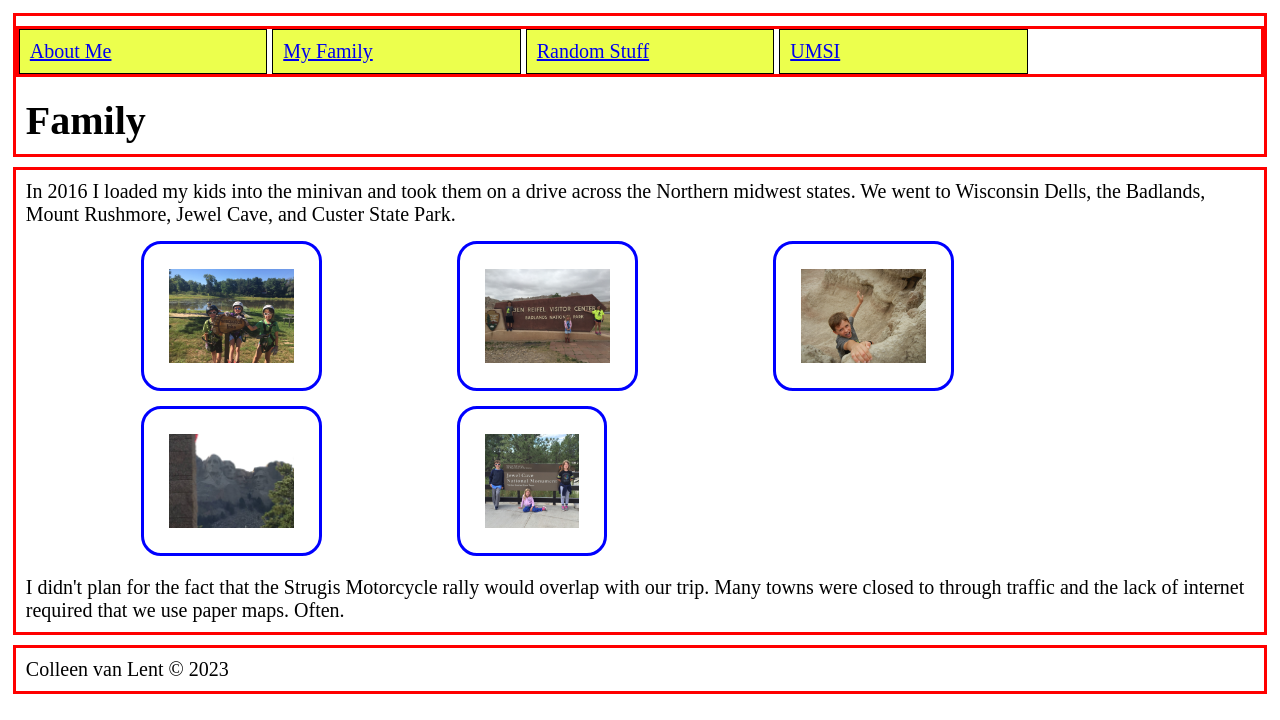
Repository: lulyany/hw1-2023
Page: family.html
The author's editor kept a copy of each file at every save. The page is drawn from the files as they stood at one save, then again after the next save.
The browser window is 1280 px wide. The pictures show the whole page.

Above is the page before, as saved 2023-09-04 20:56:50.

### family.html
<!DOCTYPE html>
<html lang="en">
<head>
	<meta charset="UTF-8">
	<meta name="viewport" content="width=device-width, initial-scale=1.0">
	<link rel="icon" href="images/favicon.ico">
	<link rel="stylesheet" href="css/reset.css">
	<link rel="stylesheet" href="css/style.css">
	<title>Family Page</title>
</head>
<body>
	<!-- header -->
	<header>
	 	<nav>
		<ul>
			<li><a href = "index.html">About Me</a></li>
			<li><a href = "family.html">My Family</a></li>
			<li><a href = "random.html">Random Stuff</a></li>
			<li><a href = "si.umich.edu">UMSI</a></li>
		</ul>
		</nav>
		<h1>Family</h1>
	</header>

	<!-- main -->
	<main>
		<p>In 2016 I loaded my kids into the minivan and took them on a drive across the Northern midwest states.  We went to Wisconsin Dells, the Badlands, Mount Rushmore, Jewel Cave, and Custer State Park.</p>
			<img src = "images/wisconsin_dells.jpg" width="25" alt = "A boy and two girls in zip line gear posing in front of sign for Sasquatch Lake">
			<img src = "images/badlands.jpg" width="1000"  alt = "A boy and two girls posing in front of the stele of Badlands National Park">
			<img src = "images/falling.jpg" width="25"  alt = "A boy hanging on a cliff">
			<img src = "images/rushmore.jpg" width="1000" alt = "Stone Statues on Cliffs">
			<img src = "images/jewel_cave.jpg" width="25"  alt = "A boy and two girls posing in front of the Jewel Cave National Monument">
		<p>I didn't plan for the fact that the Strugis Motorcycle rally would overlap with our trip.  Many towns were closed to through traffic and the lack of internet required that we use paper maps. Often.</p>
	</main>

	<!-- footer -->
	<footer>
		<p> Colleen van Lent &copy; 2023</p>
	</footer>
</body>
</html>

### css/style.css
/*Add padding and margin to space out the page.
Make the font larger too.*/
body{
	margin:1%;
	font-size:125%;
}

/*Make the h1 heading bigger with a bold font*/
h1{
	font-size: 2em;
	font-weight: bold;
}

.active{
	background: white;
    text-transform: uppercase;
	text-align: center;
}

.active a{
	text-decoration: none;;
}

/*Style the images*/
img{
    height: 150px;
	width:auto;
    border: 3px solid blue;
    padding: 25px;
    border-radius: 20px;
    margin: 5px;
	margin-left: 10%
}

/*Make the h2 heading match h1*/
h2{
	font-size: 2em;
	font-weight: bold;
}

/*Improve the spacing for paragraphs AND headings*/
p, h1, h2 {
    padding: 10px;
}

/*Add borders around the main components and some
space too*/
header, nav, main, footer{
	border: 3px solid red;
	margin: 10px 0;
}


/*Change the styling for all of the list
items in the nav section*/
nav ul li{
	background-color: #ECFF4D;
	padding:10px;
	width:25%;
	border:1px solid black;
	display: inline-block;
	width: 20%;
}

/*Added this so the links stay the same color*/
a:visited{color:#0000FF}

Loaded but not shown: css/reset.css (common file)

After the next save:
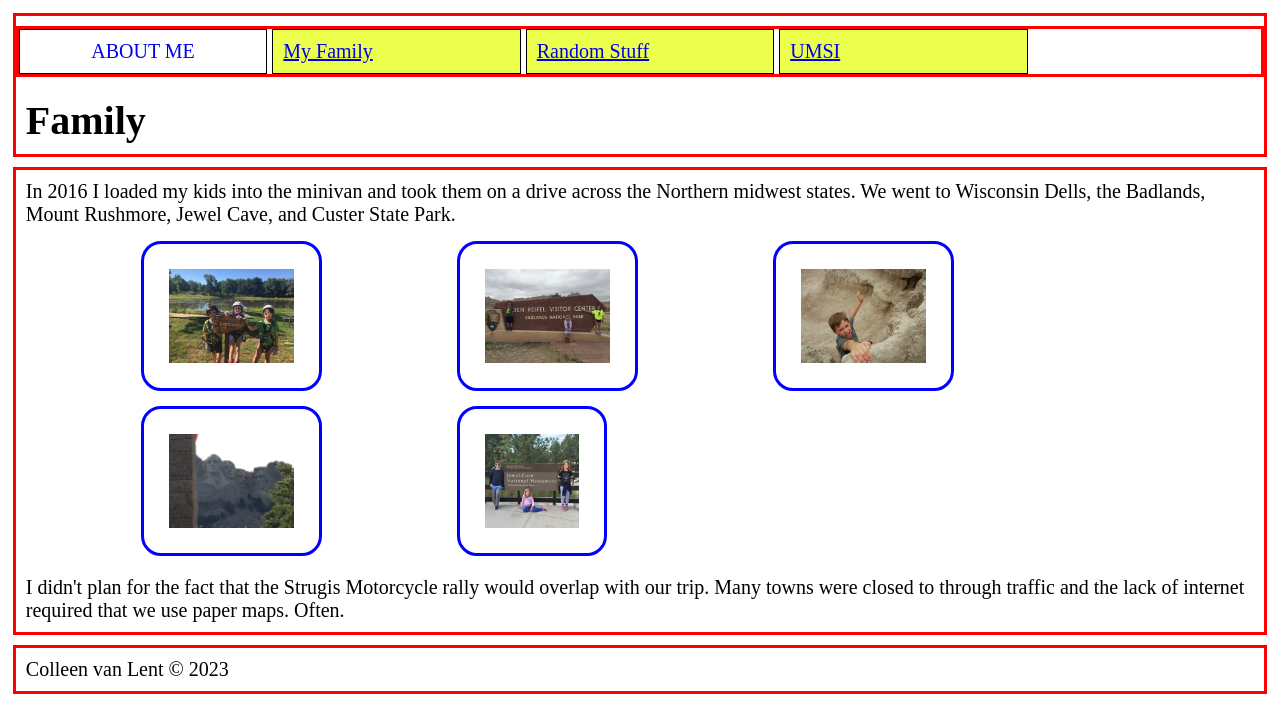
Saved 5 min 40 s later.
--- a/family.html
+++ b/family.html
@@ -13,7 +13,7 @@
 	<header>
 	 	<nav>
 		<ul>
-			<li><a href = "index.html">About Me</a></li>
+			<li class="active"><a href = "index.html">About Me</a></li>
 			<li><a href = "family.html">My Family</a></li>
 			<li><a href = "random.html">Random Stuff</a></li>
 			<li><a href = "si.umich.edu">UMSI</a></li>
